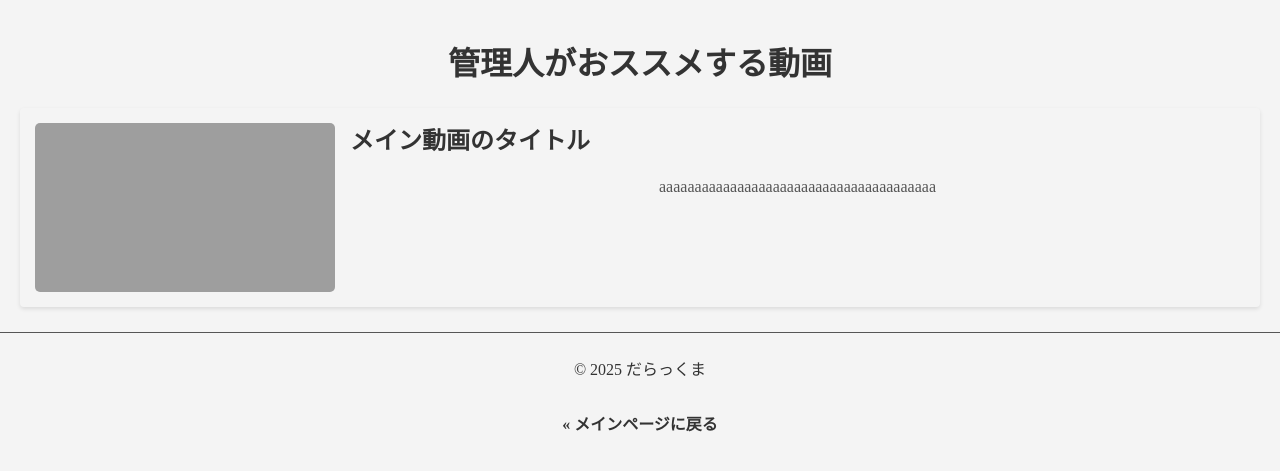
Repository: rydeen7907/html
Page: movie_link.html
An editor plug-in stored every save of this project. The page is shown before and after the next save, followed by the edit.
The browser window is 1280 px wide. The pictures show the whole page.
Pictures or frames that could not be fetched are drawn as grey boxes.

Above is the page before, as saved 2025-04-29 18:32:02.

After the next save:
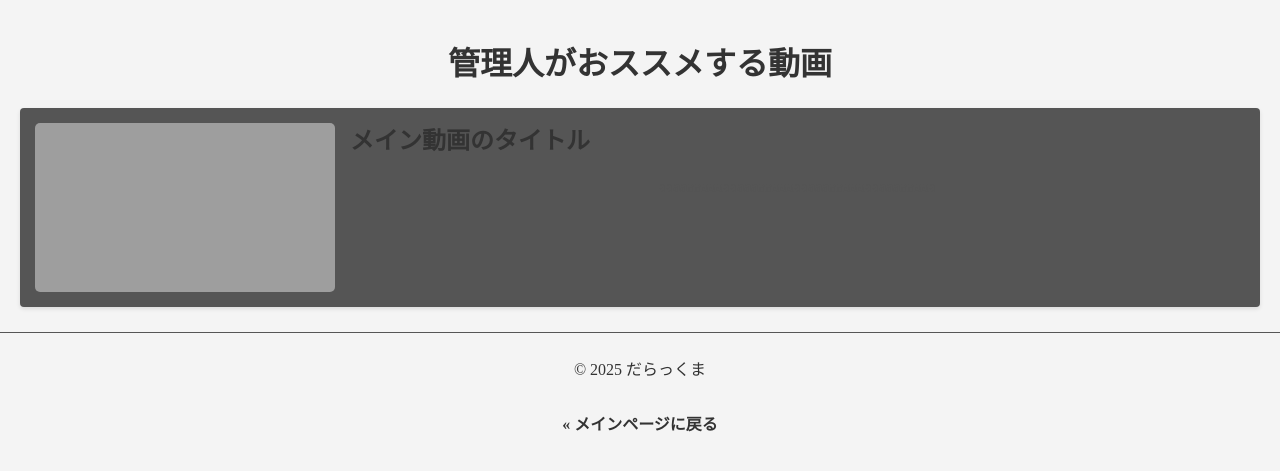
Saved 8 s later.
--- a/style.css
+++ b/style.css
@@ -252,7 +252,7 @@
     margin: 20px; /* 上下左右のマージン 左右はautoで中央寄せ */
     max-width: 1280px;
     padding: 15px; /* 内側の余白 */
-    background-color: #; /* 背景色を薄いグレーに設定 */
+    background-color: #555; /* 背景色を薄いグレーに設定 */
     border-radius: 4px; /* 角を丸める*/
     box-shadow: 0 2px 4px rgba(0, 0, 0, 0.1); /* 影を追加 */
 }

After the save that followed:
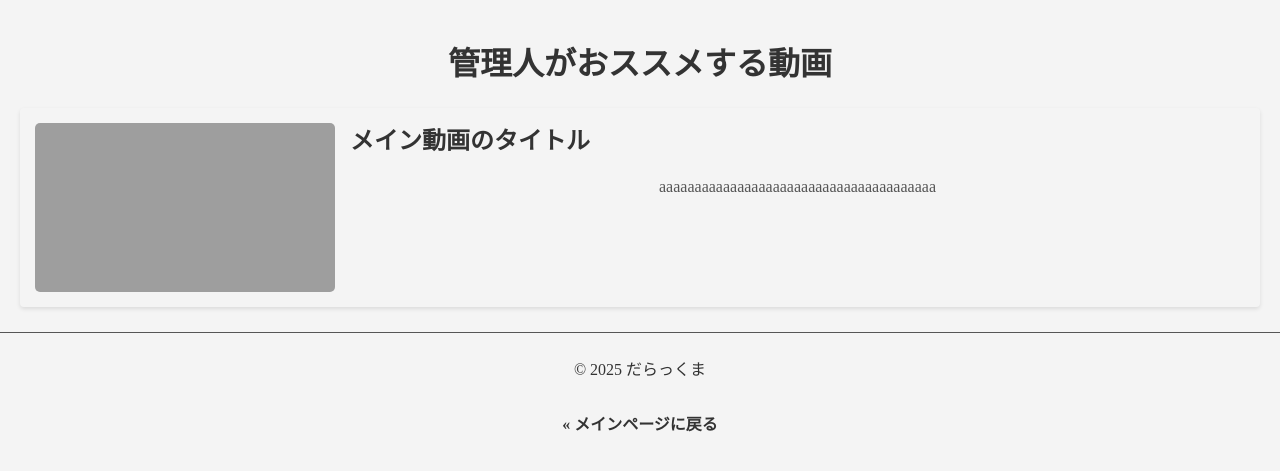
Saved 13 s later.
--- a/style.css
+++ b/style.css
@@ -252,7 +252,7 @@
     margin: 20px; /* 上下左右のマージン 左右はautoで中央寄せ */
     max-width: 1280px;
     padding: 15px; /* 内側の余白 */
-    background-color: #555; /* 背景色を薄いグレーに設定 */
+    background-color: #; /* 背景色を薄いグレーに設定 */
     border-radius: 4px; /* 角を丸める*/
     box-shadow: 0 2px 4px rgba(0, 0, 0, 0.1); /* 影を追加 */
 }
